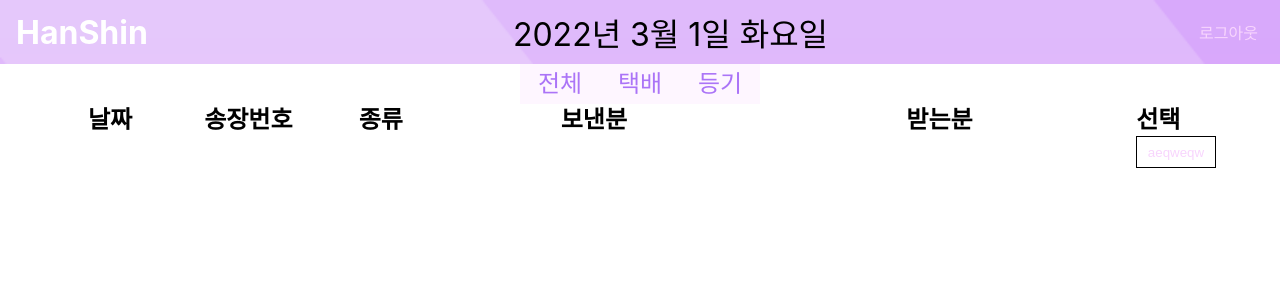
Repository: SeungYn/hanshinClient
Page: /
These files come from the project's save history. The page is drawn as it stood at one moment and after a run of saves; the edit follows.
The browser window is 1280 px wide. The pictures show the whole page.
The page's requests for data from a server got no answer. The project was rebuilt for these pictures with package versions that can differ from the ones it lists, and the page was loaded fresh each time. No one was signed in, and anything a server would have sent is missing. Also part of the build but not shown: src/App.css, src/components/item/item.jsx, src/components/receiverInput/receiverInput.module.css, src/components/receiverInput/receiverInput.jsx, src/components/addboxs/addBoxs.jsx.

Above is the page before, as saved 2022-03-01 03:36:18.

After the next 3 saves:
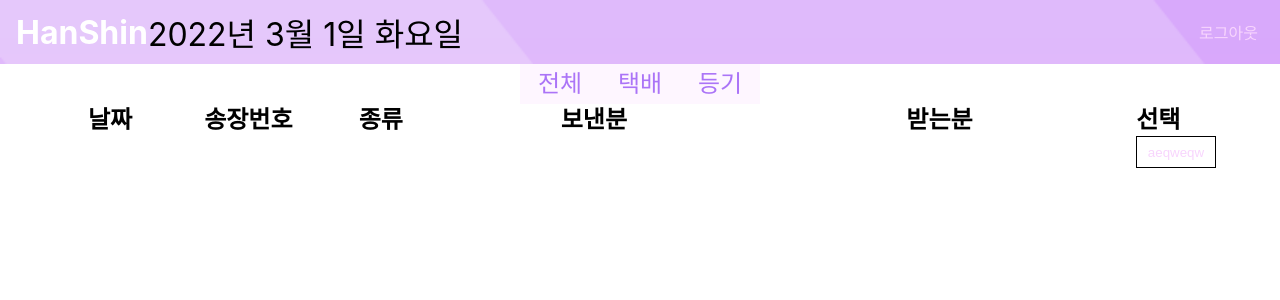
The 3 saves are shown as one change because they came seconds apart.
The last was saved 11 s later.
--- a/src/components/item/item.module.css
+++ b/src/components/item/item.module.css
@@ -20,7 +20,7 @@
   overflow-wrap: break-word;
   font-size: 1.2rem;
   display: flex;
-  flex-wrap: nowrap;
+  flex-grow: 1;
 }
 
 .selectBtn {

After the save that followed:
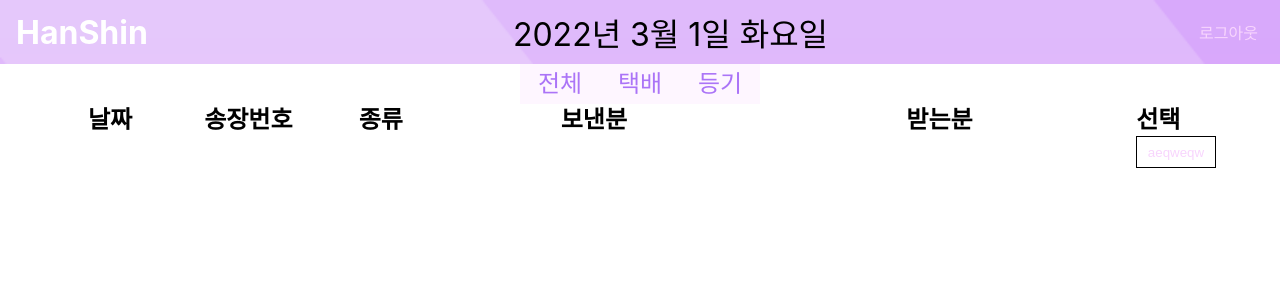
Saved 4 s later.
--- a/src/components/item/item.module.css
+++ b/src/components/item/item.module.css
@@ -20,7 +20,6 @@
   overflow-wrap: break-word;
   font-size: 1.2rem;
   display: flex;
-  flex-grow: 1;
 }
 
 .selectBtn {
